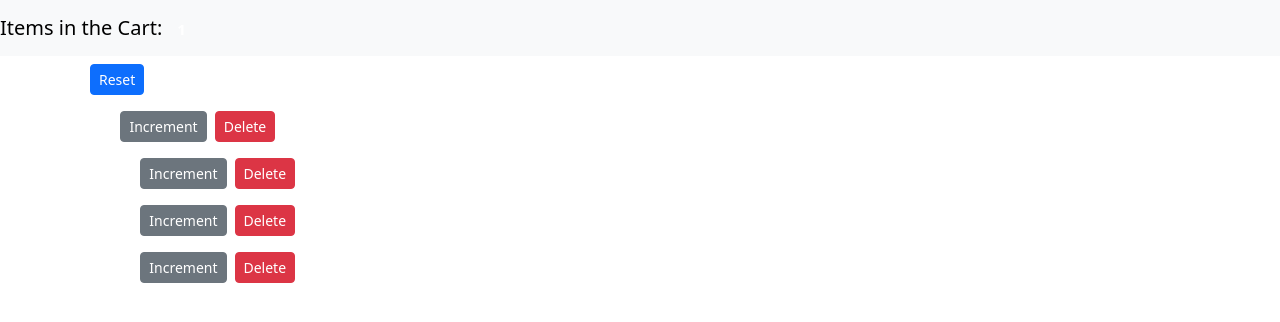
Repository: Edes2128/MovieTable-pagination-filter-sorting-in-React
Page: /
These files come from the project's save history. The page is drawn as it stood at one moment and after the next save; the edit follows.
The browser window is 1280 px wide. The pictures show the whole page.
The project was rebuilt for these pictures with package versions that can differ from the ones it lists, and the page was loaded fresh each time. Also part of the build but not shown: src/App.css.

Above is the page before, as saved 2020-06-14 21:34:30.

### public/index.html
<!DOCTYPE html>
<html lang="en">
  <head>
    <meta charset="utf-8" />
    <link rel="icon" href="%PUBLIC_URL%/favicon.ico" />
    <meta name="viewport" content="width=device-width, initial-scale=1" />
    <meta name="theme-color" content="#000000" />
    <meta
      name="description"
      content="Web site created using create-react-app"
    />
    <link rel="apple-touch-icon" href="%PUBLIC_URL%/logo192.png" />

    <link rel="manifest" href="%PUBLIC_URL%/manifest.json" />

    <title>React App</title>
  </head>
  <body>
    <noscript>You need to enable JavaScript to run this app.</noscript>
    <div id="root"></div>
</html>

### src/index.js
import React from 'react';
import ReactDOM from 'react-dom';
import './index.css';
import 'bootstrap/dist/css/bootstrap.css';
import App from './App'
import 'font-awesome/css/font-awesome.css'
//

ReactDOM.render(
  <React.StrictMode>
    <App />
  </React.StrictMode>,
  document.getElementById('root')
);

### src/App.js
import React , {Component,Fragment}from 'react';
import './App.css';
//import Movies from './components/movies';
import Counters from './components/counters'
import Navbar from './components/navbar';

class App extends Component {

  state = {
    counters: [
        {id:1,value:4},
        {id:2,value:0},
        {id:3,value:0},
        {id:4,value:0}
    ]
 }

 handleDelete = (counterID) =>{
      const counters = this.state.counters.filter(c => c.id !== counterID);
      this.setState({counters})
 }

 handleReset =() =>{
      const counters = this.state.counters.map(c => {
            c.value = 0;
            return c;
        });
        this.setState({counters})
 };

 handleIncrement = counter => {

        const counters = [...this.state.counters];
        const index = counters.indexOf(counter);
        counters[index] = {...counter};
        counters[index].value++;
        this.setState({counters})
 }
  render (){
  return (
    <Fragment>
    <Navbar totalCounters={this.state.counters.filter(c => c.value > 0).length} />
      <main className="container">
          <Counters onReset={this.handleReset} onIncrement={this.handleIncrement} onDelete={this.handleDelete} counters={this.state.counters} />
      </main>
      </Fragment>
  );
  }
}
export default App;

### src/components/counters.jsx
import React, { Component } from 'react'
import Counter from './counter'

class Counters extends Component {

    render() {
            const {onReset,counters,onIncrement,onDelete} = this.props;

        return (
            <div>
            <button onClick={this.props.onReset} className="btn btn-primary btn-sm m-2">Reset</button>
                {this.props.counters.map(counter => <Counter key={counter.id} onIncrement={onIncrement} onDelete={onDelete} counter={counter}></Counter>)}
            </div> );
    }
}
export default Counters;

### src/components/navbar.jsx
import React from 'react'

const Navbar = ({totalCounters}) => {

        return (
            <nav className="navbar navbar-light bg-light">
                    <a href="#" className="navbar-brand">
                    Items in the Cart: <span className="badge badge-pill badge-secondary">{totalCounters}</span>
                    </a>

            </nav>
         );
    }
export default Navbar;

### src/components/counter.jsx
import React, { Component } from 'react';

class Counter extends Component {

    render() {

        return (
            <div>
            <span className={this.getBadgeClasses()}>{this.formatCount()}</span>
            <button onClick={() => this.props.onIncrement(this.props.counter)} className="btn btn-secondary btn-sm">Increment</button>
            <button onClick={() => this.props.onDelete(this.props.counter.id)} className="btn btn-danger btn-sm m-2">Delete</button>
            </div>

            ) ;
    }
    getBadgeClasses() {
        let classes = "badge m-2 badge-";
        classes += (this.props.counter.value === 0) ? "warning" : "primary";
        return classes;
    }

    formatCount(){
        const {value} = this.props.counter;
        return value === 0 ? 'Zero' : value;
    }
}
export default Counter;

Loaded but not shown: src/index.css (common file)

After the next save:
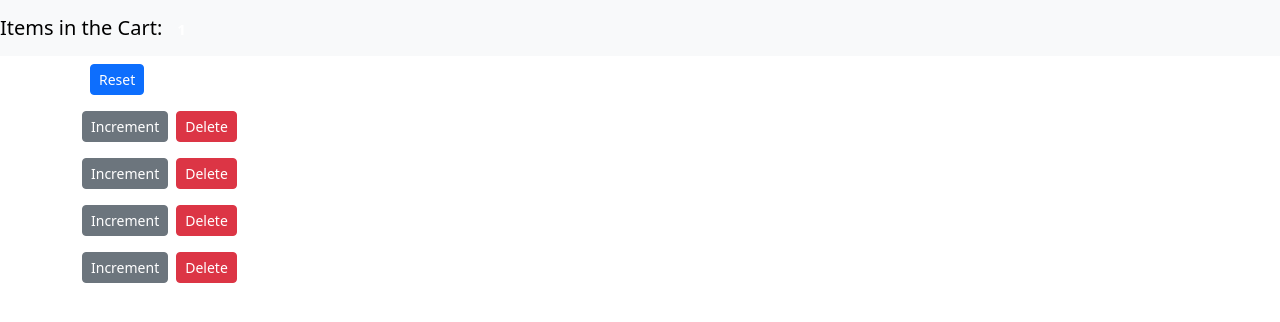
Saved 18 s later.
--- a/src/components/counters.jsx
+++ b/src/components/counters.jsx
@@ -9,7 +9,7 @@
         return (
             <div>
             <button onClick={this.props.onReset} className="btn btn-primary btn-sm m-2">Reset</button>
-                {this.props.counters.map(counter => <Counter key={counter.id} onIncrement={onIncrement} onDelete={onDelete} counter={counter}></Counter>)}
+                {this.props.counters.map(counter => <Counter key={counter.id} onIncrement={onIncrement} onDelete={onDelete} counter={counters}></Counter>)}
             </div> );
     }
 }

After the 3 saves that followed:
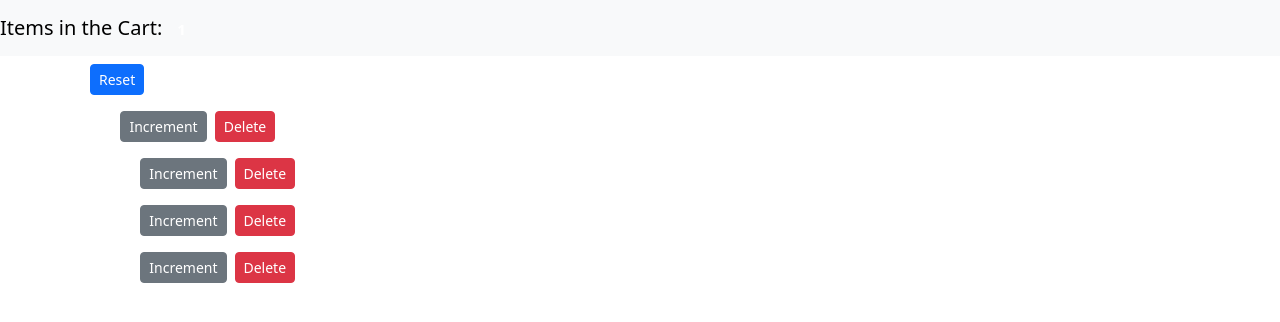
The 3 saves are shown as one change because 2 left the picture as it was.
The last was saved 59 s later.
--- a/src/components/counters.jsx
+++ b/src/components/counters.jsx
@@ -8,8 +8,8 @@
 
         return (
             <div>
-            <button onClick={this.props.onReset} className="btn btn-primary btn-sm m-2">Reset</button>
-                {this.props.counters.map(counter => <Counter key={counter.id} onIncrement={onIncrement} onDelete={onDelete} counter={counters}></Counter>)}
+            <button onClick={onReset} className="btn btn-primary btn-sm m-2">Reset</button>
+                {counters.map(counter => <Counter key={counter.id} onIncrement={onIncrement} onDelete={onDelete} counter={counter}></Counter>)}
             </div> );
     }
 }
